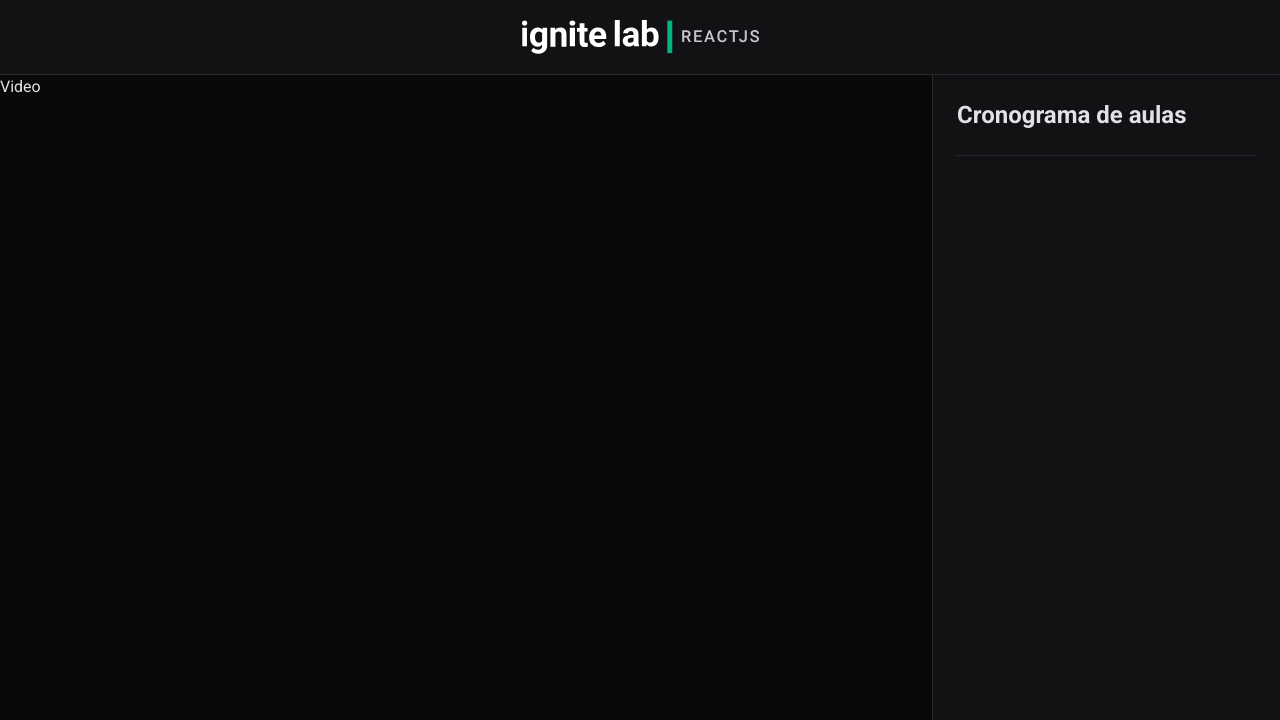
Repository: XFERRER7/Ignite-lab
Page: /
The author's editor kept a copy of each file at every save. The page is drawn from the files as they stood at one save, then again after a run of saves.
The browser window is 1280 px wide. The pictures show the whole page.
The project was rebuilt for these pictures with package versions that can differ from the ones it lists, and the page was loaded fresh each time. Also part of the build but not shown: vite.config.ts.

Above is the page before, as saved 2022-06-22 20:27:03.

After the next 4 saves:
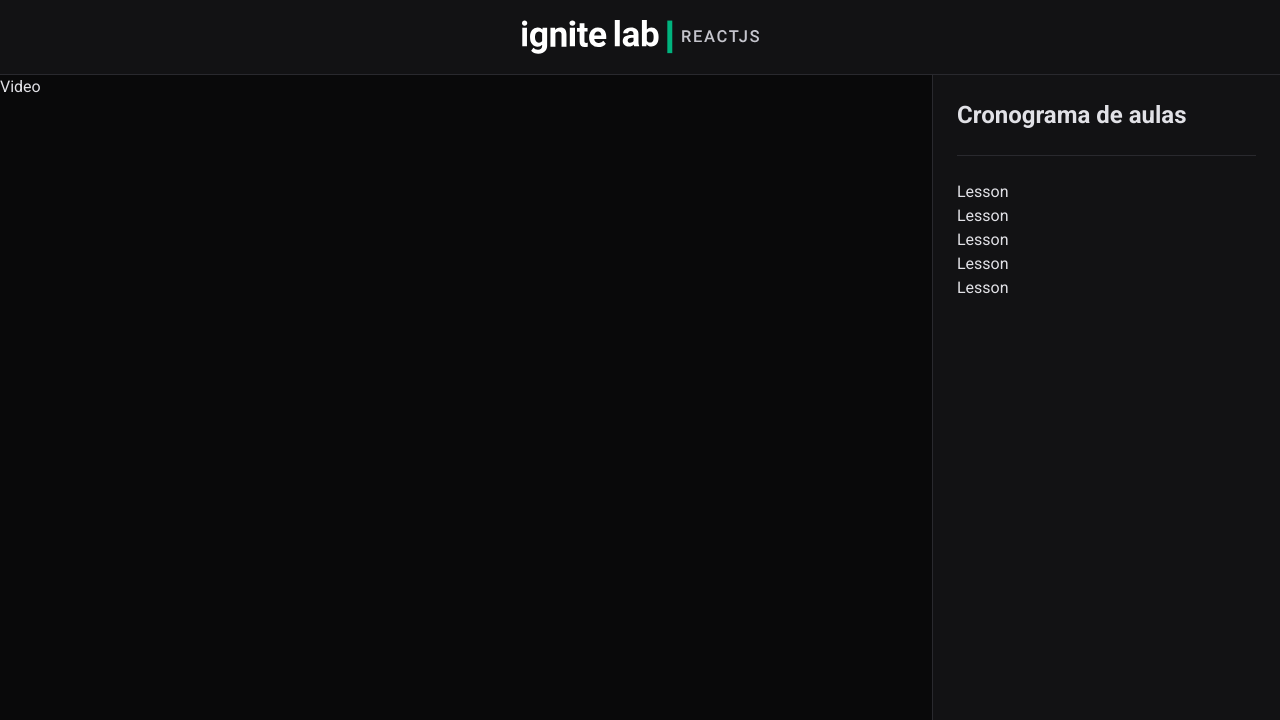
The 4 saves are shown as one change because 1 did not build or start and some came seconds apart.
The last was saved 18 s later.
--- a/src/components/SideBar.tsx
+++ b/src/components/SideBar.tsx
@@ -1,12 +1,17 @@
 import React from 'react'
+import { Lesson } from './Lesson'
 
 export const SideBar = () => {
   return (
     <aside className='w-[348px] bg-gray-700 p-6 border-l border-gray-600'>
       <span className='font-bold text-2xl pb-6 mb-6 border-b border-gray-600 block'>Cronograma de aulas</span>
 
-      <div>
-
+      <div className=''>
+        <Lesson/>
+        <Lesson/>
+        <Lesson/>
+        <Lesson/>
+        <Lesson/>
       </div>
     </aside>
   )
